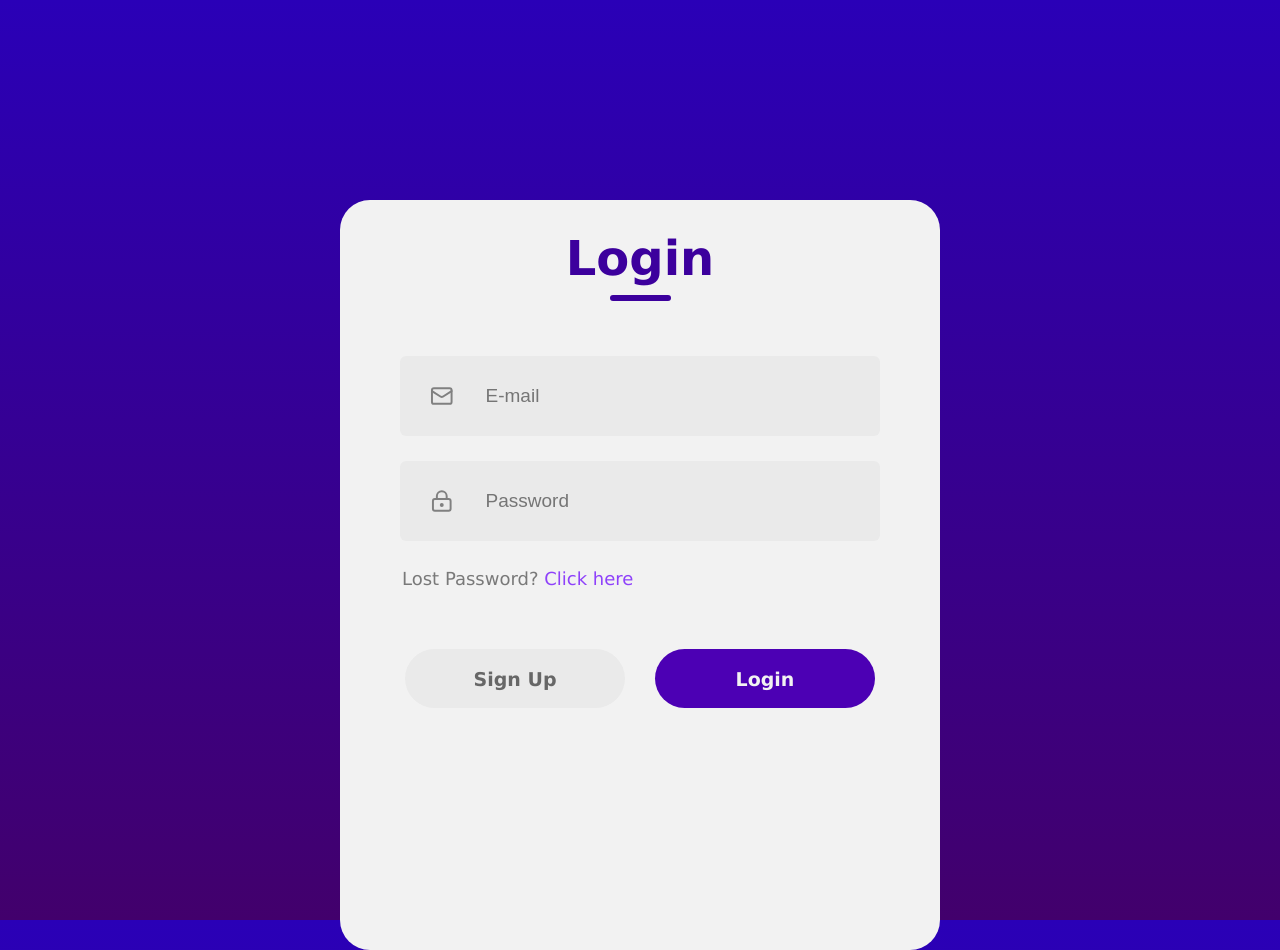
Repository: guilhermecardoso93/login-page
Page: /
These files come from the project's save history. The page is drawn as it stood at one moment and after the next save; the edit follows.
The browser window is 1280 px wide. The pictures show the whole page.
The project was rebuilt for these pictures with package versions that can differ from the ones it lists, and the page was loaded fresh each time. Also part of the build but not shown: vite.config.js.

Above is the page before, as saved 2024-10-22 19:48:34.

### index.html
<!doctype html>
<html lang="en">
  <head>
    <meta charset="UTF-8" />
    <link rel="icon" type="image/svg+xml" href="" />
    <meta name="viewport" content="width=device-width, initial-scale=1.0" />
    <title>Login | SignUp</title>
  </head>
  <body>
    <div id="root"></div>
    <script type="module" src="/src/main.jsx"></script>
  </body>
</html>

### src/App.jsx
import { Login } from "./components/Login/Login";

export default function App() {
  return (
    <>
      <Login />
    </>
  );
}

### src/index.css
body {
  margin: 0;
  font-family: 'Lucida Sans', 'Lucida Sans Regular', 'Lucida Grande', 'Lucida Sans Unicode', Geneva, Verdana, sans-serif;
  -webkit-font-smoothing: antialiased;
  -moz-osx-font-smoothing: grayscale;
  height: 100vh;
  background: linear-gradient(#2A00B7, #42006c);
}

code {
  font-family: source-code-pro, Menlo, Monaco, Consolas, "Courier New", monospace;
}

### src/components/Login/Login.jsx
import { UserRound, Mail, LockKeyhole } from "lucide-react";
import "./Login.css";
import { useState } from "react";

export const Login = () => {
  const [action, setAction] = useState("Login");

  return (
    <div className="container">
      <header>
        <span>{action}</span>
        <div className="underline"></div>
      </header>{" "}
      {action === "Login" ? (
        <div className="inputs">
          <div className="input">
            <Mail color="gray" size={24} className="icon" />
            <input type="email" placeholder="E-mail" />
          </div>

          <div className="input">
            <LockKeyhole color="gray" size={24} className="icon" />
            <input type="password" placeholder="Password" />
          </div>
        </div>
      ) : (
        <div className="inputs">
          <div className="input">
            <UserRound color="gray" size={24} className="icon" />
            <input type="text" placeholder="Name" />
          </div>

          <div className="input">
            <Mail color="gray" size={24} className="icon" />
            <input type="email" placeholder="E-mail" />
          </div>

          <div className="input">
            <LockKeyhole color="gray" size={24} className="icon" />
            <input type="password" placeholder="Password" />
          </div>
        </div>
      )}
      <div className="forgot-password">
        Lost Password? <span>Click here</span>
      </div>
      <div className="submit-container">
        <div
          className={action === "Login" ? "submit gray" : "submit"}
          onClick={() => {
            setAction("Sign Up");
          }}
        >
          Sign Up
        </div>
        <div
          className={action === "Sign Up" ? "submit gray" : "submit"}
          onClick={() => {
            setAction("Login");
          }}
        >
          Login
        </div>
      </div>
    </div>
  );
};

### src/components/Login/Login.css
.container {
  display: flex;
  flex-direction: column;
  margin: auto;
  margin-top: 200px;
  width: 600px;
  min-height: 720px;
  padding-bottom: 30px;
  border-radius: 30px;
  background: #f2f2f2;
}

header {
  display: flex;
  flex-direction: column;
  align-items: center;
  gap: 9px;
  width: 100%;
  margin-top: 30px;
}

header span {
  color: #3c009d;
  font-size: 48px;
  font-weight: 700;
}

.underline {
  width: 61px;
  height: 6px;
  background-color: #3c009d;
  border-radius: 9px;
}

.inputs {
  margin-top: 55px;
  display: flex;
  flex-direction: column;
  gap: 25px;
}

.input {
  display: flex;
  align-items: center;
  justify-content: center;
  margin: auto;
  width: 480px;
  height: 80px;
  background-color: #eaeaea;
  border-radius: 6px;
}

.input .icon {
  margin: 0px 30px;
}

.input input {
  height: 50px;
  width: 400px;
  background: transparent;
  border: none;
  outline: none;
  color: #797979;
  font-size: 19px;
}

.forgot-password {
  padding-left: 62px;
  margin-top: 27px;
  color: #797979;
  font-size: 18px;
}

.forgot-password span {
  color: #8e41fa;
  cursor: pointer;
}

.forgot-password span:hover {
  color: #3c009d;
}

.submit-container {
  display: flex;
  gap: 30px;
  margin: 60px auto;
}

.submit, .login {
  display: flex;
  justify-content: center;
  align-items: center;
  width: 220px;
  height: 59px;
  color: #f2f2f2;
  background-color: #4c00b4;
  border-radius: 50px;
  font-size: 19px;
  font-weight: 700;
  cursor: pointer;
}


.gray {
  background-color: #eaeaea;
  color: #676767;
}

.submit:hover, .login:hover {
  background-color: #8e41fa;
  color: #f2f2f2;
}

Loaded but not shown: src/main.jsx (common file)

After the next save:
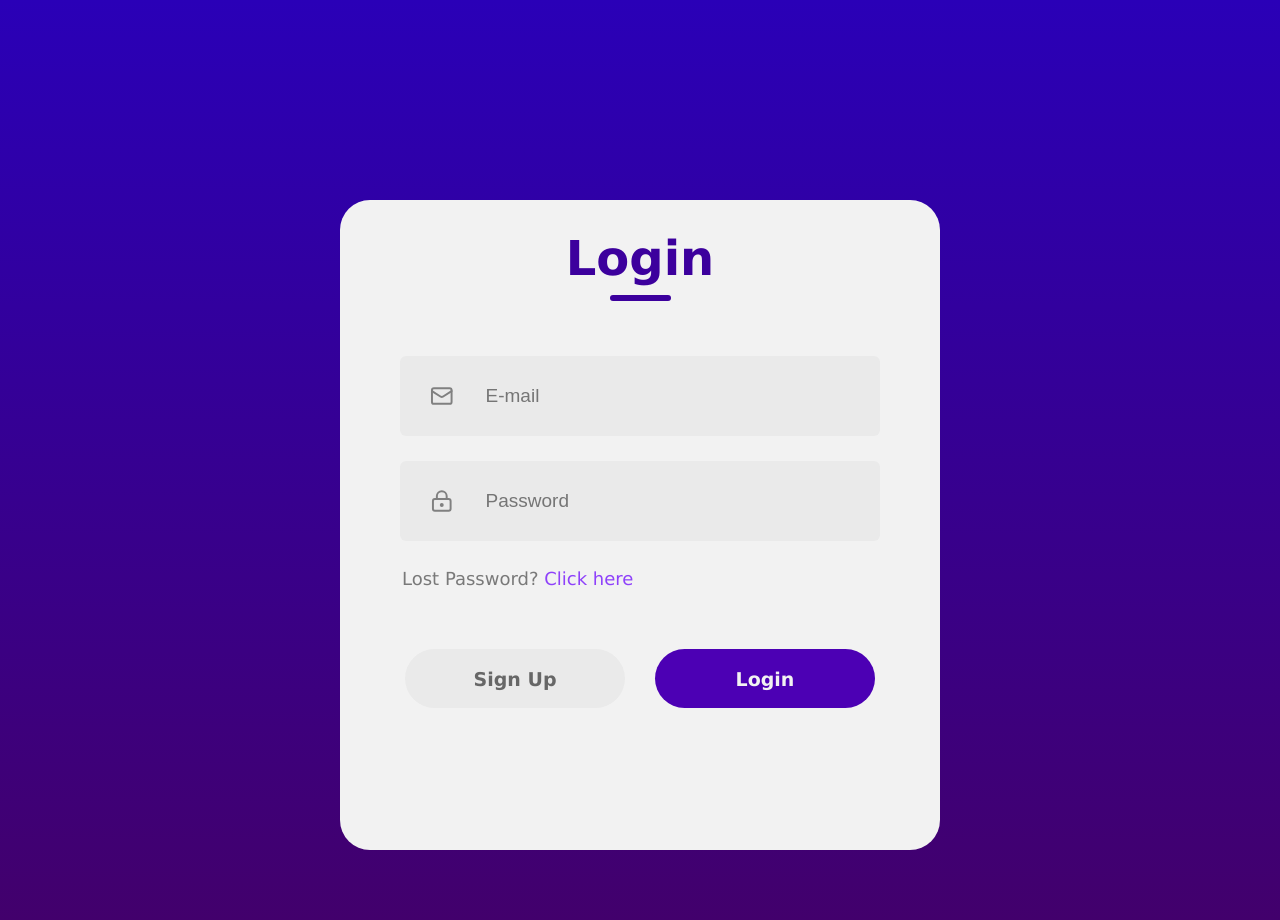
Saved 7 s later.
--- a/src/components/Login/Login.css
+++ b/src/components/Login/Login.css
@@ -4,7 +4,7 @@
   margin: auto;
   margin-top: 200px;
   width: 600px;
-  min-height: 720px;
+  min-height: 620px;
   padding-bottom: 30px;
   border-radius: 30px;
   background: #f2f2f2;
